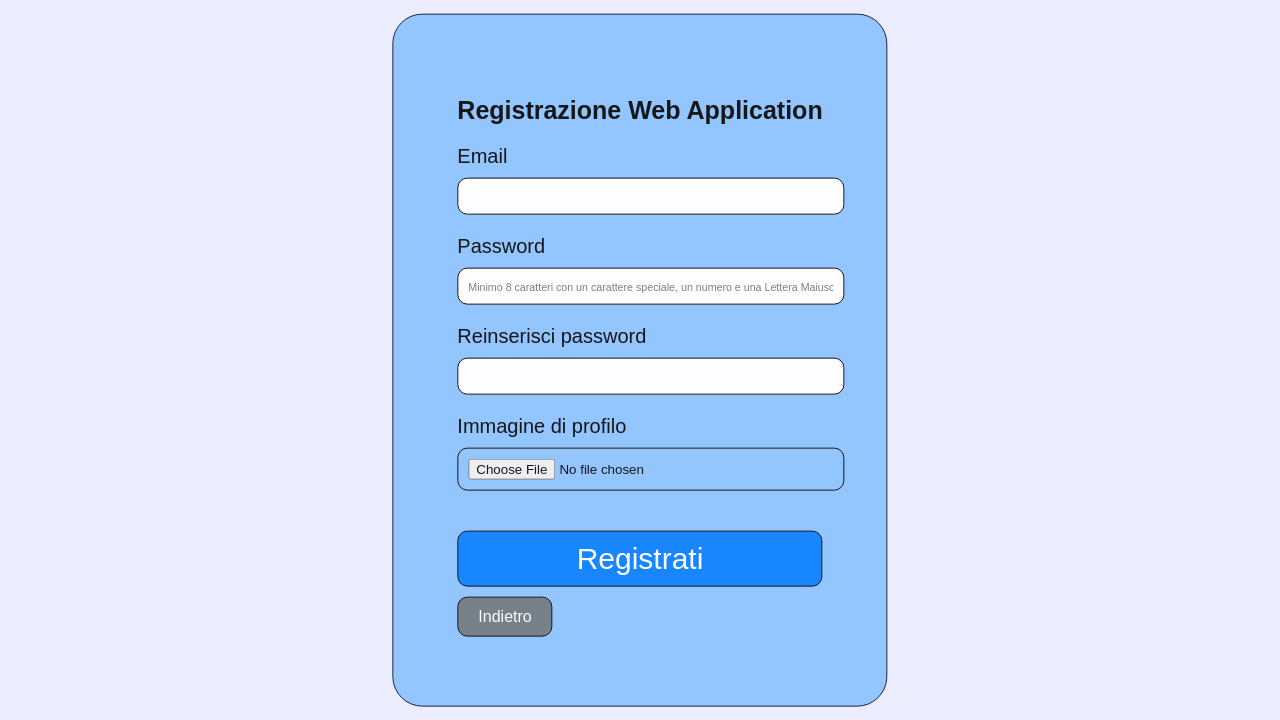
Repository: GabrielCellammare/WebApplication-SA-CyberSecurity
Page: http://localhost/WebProject-CellammareGabriel_ApplicationSecurity_/userNotLoggedRegistration.jsp
The author's editor kept a copy of each file at every save. The page is drawn from the files as they stood at one save, then again after a run of saves.
The browser window is 1280 px wide. The pictures show the whole page.
The page is served by Tomcat 9. Nobody is signed in. The application's start-up code is not run.

Above is the page before, as saved 2024-03-10 16:53:47.

After the next 2 saves:
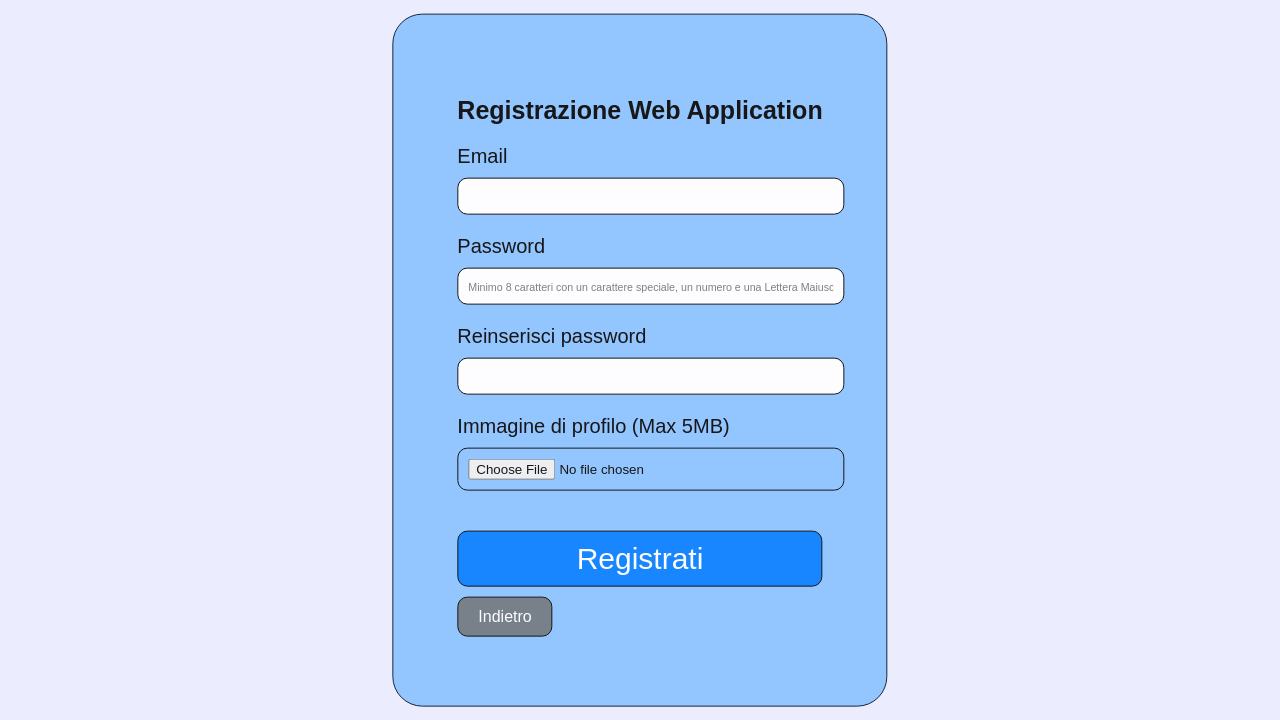
The 2 saves are shown as one change because they came seconds apart.
The last was saved 40 s later.
--- a/WebProject-CellammareGabriel(ApplicationSecurity)/WebContent/userNotLoggedRegistration.jsp
+++ b/WebProject-CellammareGabriel(ApplicationSecurity)/WebContent/userNotLoggedRegistration.jsp
@@ -26,7 +26,7 @@
                     <input type="password" name="retype-password" id="retype-password" required>
                 </div>
                 <div class="field">
-                    <label for="image">Immagine di profilo</label>
+                    <label for="image">Immagine di profilo (Max 5MB)</label>
                     <input type="file" name="profileImage" id="profileImage"
                     placeholder="Massimo 5 MB" required>
                 </div>
